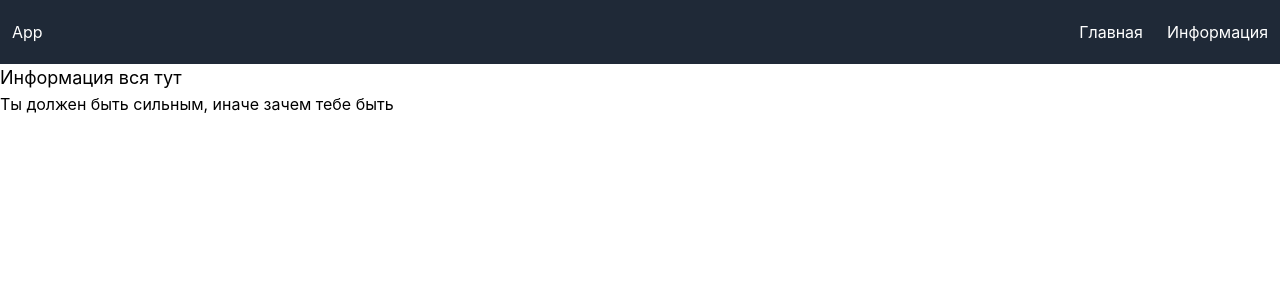
Repository: VachArt/react-exam-work
Page: /about
An editor plug-in stored every save of this project. The page is shown before and after the next save, followed by the edit.
The browser window is 1280 px wide. The pictures show the whole page.
The project was rebuilt for these pictures with package versions that can differ from the ones it lists, and the page was loaded fresh each time. Also part of the build but not shown: src/components/pages/Home/item/Check.jsx, src/components/pages/Home/item/TodoItem.jsx, src/components/pages/Home/create-todo-field/CreateTodoField.jsx, src/components/pages/Home/Home.jsx.

Above is the page before, as saved 2022-04-27 23:41:05.

After the next save:
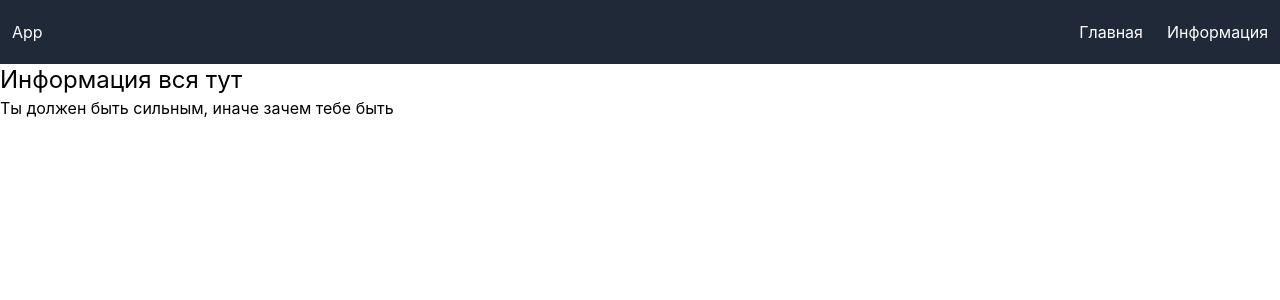
Saved 13 s later.
--- a/src/components/pages/About/About.jsx
+++ b/src/components/pages/About/About.jsx
@@ -3,7 +3,7 @@ import React from "react"
 export const About = () => (
     <div className="bg-white">
         <div>
-            <h1 className="text-lg">Информация вся тут</h1>
+            <h1 className="text-2xl">Информация вся тут</h1>
             <p className="lead">Ты должен быть сильным, иначе зачем тебе быть</p>
         </div>
     </div>
